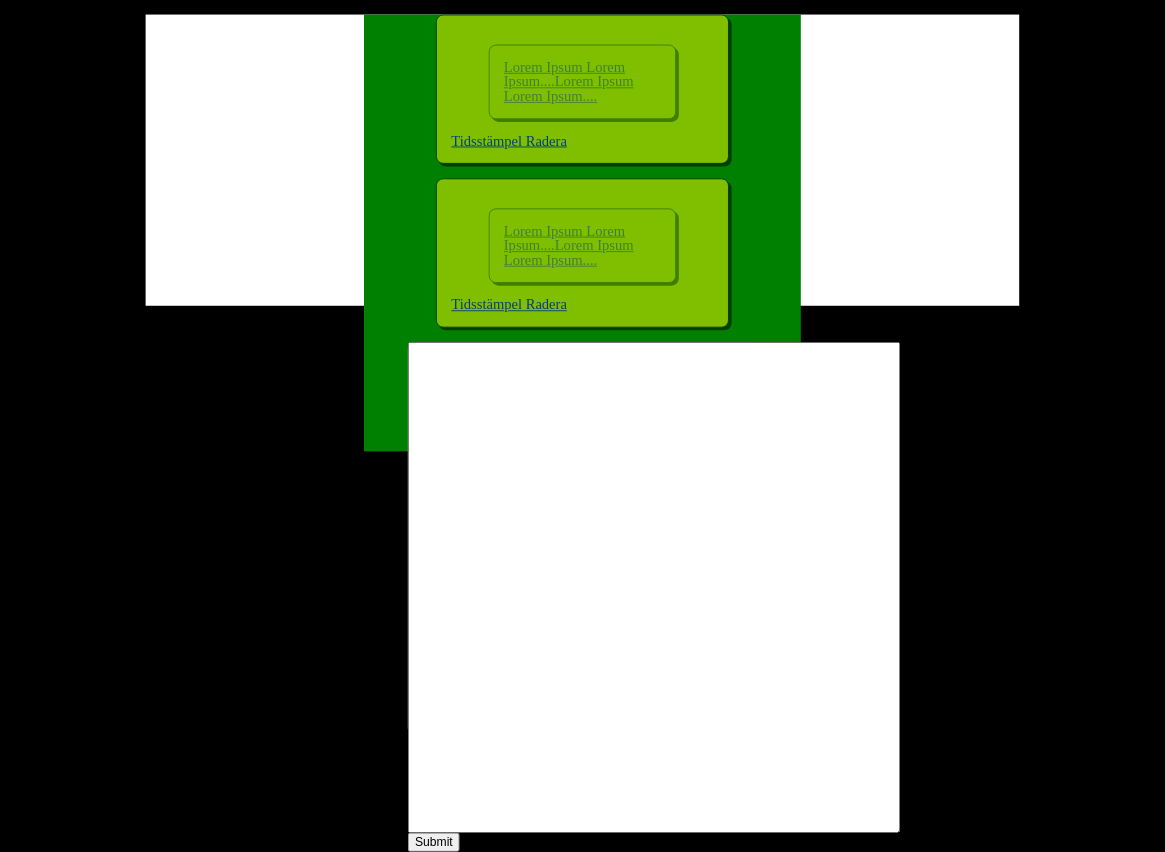
Repository: AndreasAnemyrLNU/1dv403-laborationer-AA223IG
Page: 2-labbymezzage/index.html
The author's editor kept a record of every edit. The page is drawn from the files as they stood at one moment, then again after the next edit.
The browser window is 1280 px wide. The pictures show the whole page, at 91% of full size.

Above is the page before.

### 2-labbymezzage/index.html
<!DOCTYPE html>
<html lang="sv">
    <head>
        <link rel="stylesheet" href="css/main.css" type="text/css" />
    </head>
    <body>
        <div id="messageWrapper">
            <main id="mainMessageArea">
                <div id="messagesContainer">
                    <article id="1" class="message">
                        <a class="message block" href="#">Lorem Ipsum Lorem Ipsum....Lorem Ipsum Lorem Ipsum....</a>
                        <a href="#">Tidsstämpel </a><a href="#">Radera</a>
                    </article>
                    <article id="2" class="message">
                        <a class="message block" href="#">Lorem Ipsum Lorem Ipsum....Lorem Ipsum Lorem Ipsum....</a>
                        <a href="#">Tidsstämpel </a><a href="#">Radera</a>
                    </article>
                </div>
                <form id="messageForm">
                    <input id="messageInputArea"type="textarea"/>
                    <input type="submit" value="Submit"/>
                </form>
            </main>
        </div>

        <script type="text/javascript" src="js/addEvent.js"></script>
        <!--script type="text/javascript" src="js/run.js"></script>
        <!--script type="text/javascript" src="js/Message.js"></script>
    </body>
</html>

### 2-labbymezzage/css/main.css
/*Optimized for 960px width*/

/*ColorScheme*/


/* http://meyerweb.com/eric/tools/css/reset/
   v2.0 | 20110126
   License: none (public domain)
*/

html, body, div, span, applet, object, iframe,
h1, h2, h3, h4, h5, h6, p, blockquote, pre,
a, abbr, acronym, address, big, cite, code,
del, dfn, em, img, ins, kbd, q, s, samp,
small, strike, strong, sub, sup, tt, var,
b, u, i, center,
dl, dt, dd, ol, ul, li,
fieldset, form, label, legend,
table, caption, tbody, tfoot, thead, tr, th, td,
article, aside, canvas, details, embed,
figure, figcaption, footer, header, hgroup,
menu, nav, output, ruby, section, summary,
time, mark, audio, video {
	margin: 0;
	padding: 0;
	border: 0;
	font-size: 100%;
	font: inherit;
	vertical-align: baseline;
}
/* HTML5 display-role reset for older browsers */
article, aside, details, figcaption, figure,
footer, header, hgroup, menu, nav, section {
	display: block;
}
body {
	line-height: 1;
}
ol, ul {
	list-style: none;
}
blockquote, q {
	quotes: none;
}
blockquote:before, blockquote:after,
q:before, q:after {
	content: '';
	content: none;
}
table {
	border-collapse: collapse;
	border-spacing: 0;
}

/*END OF MEYER'S RESET*/

body {
    background-color: black;
}

#mainMessageArea {
    background-color: green;
    height: 30em;
    margin: auto;
    width: 30em;
}

#messageForm {
    background-color: grey;
    border-radius: .5em;
    height: 90%;
    margin: auto;
    width: 80%;

}

#messageInputArea {
    width: 40em;
    height: 40em;

}

#messageWrapper {
    background-color: white;
    height: 20em;
    margin: 1em auto;
    width: 60em;
}

.block {
    display: block;
}

.message {
    background-color: yellow;
    border: .0625em solid black;
    border-radius: .5em;
    box-shadow: black 3px 3px;
    margin: 1em auto;
    opacity: .5;
    padding: 1em;
    width: 60%;
}

.message:hover {
    border: .1250em solid black;
    opacity: 1;
}

Loaded but not shown: 2-labbymezzage/js/addEvent.js (no copy from this time; the picture is the same without it)

After the next edit:
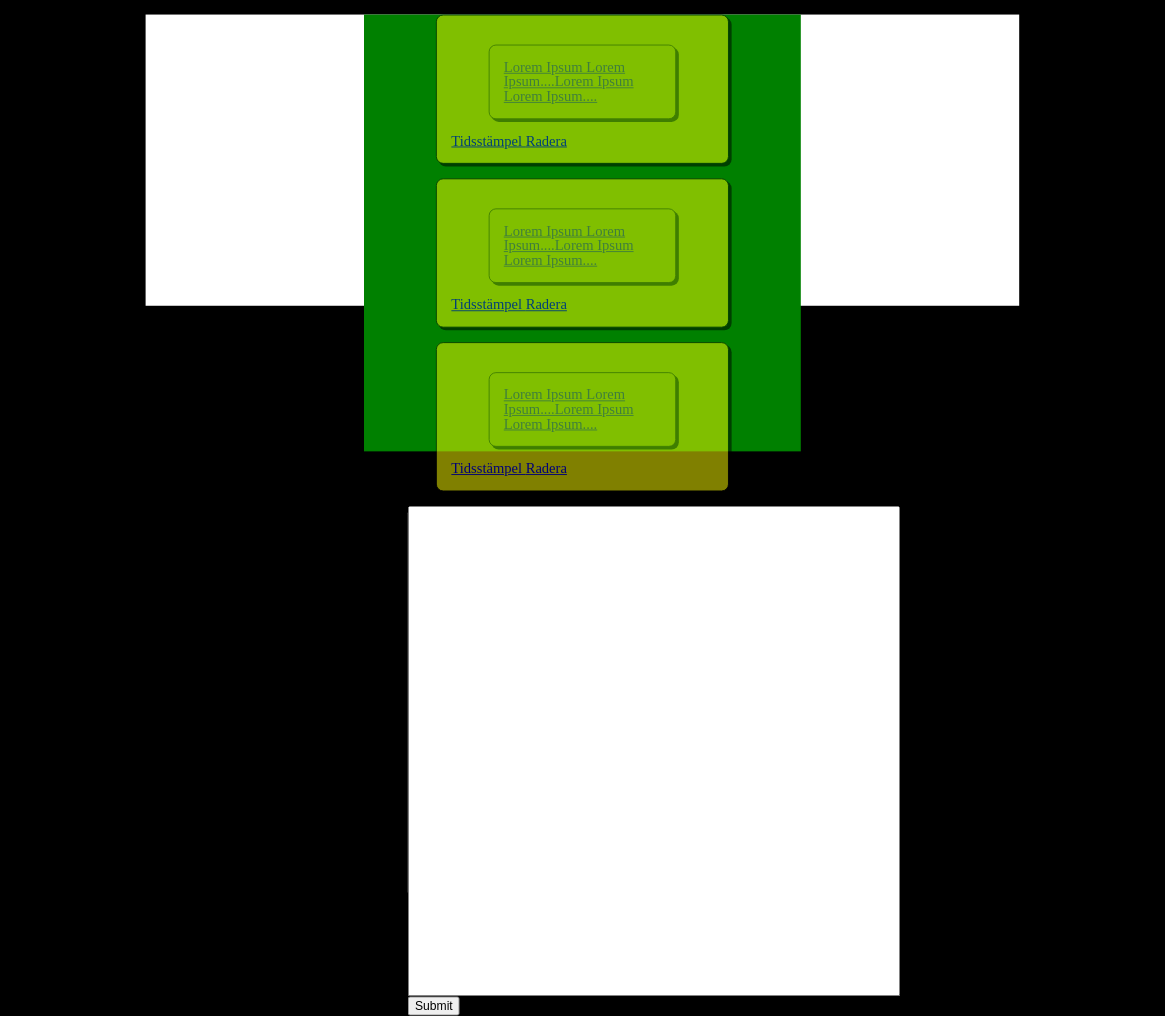
The edit:
--- a/2-labbymezzage/index.html
+++ b/2-labbymezzage/index.html
@@ -8,6 +8,10 @@
             <main id="mainMessageArea">
                 <div id="messagesContainer">
                     <article id="1" class="message">
+                        <a class="message block" href="#">Lorem Ipsum Lorem Ipsum....Lorem Ipsum Lorem Ipsum....</a>
+                        <a href="#">Tidsstämpel </a><a href="#">Radera</a>
+                    </article>
+                    <article id="2" class="message">
                         <a class="message block" href="#">Lorem Ipsum Lorem Ipsum....Lorem Ipsum Lorem Ipsum....</a>
                         <a href="#">Tidsstämpel </a><a href="#">Radera</a>
                     </article>
